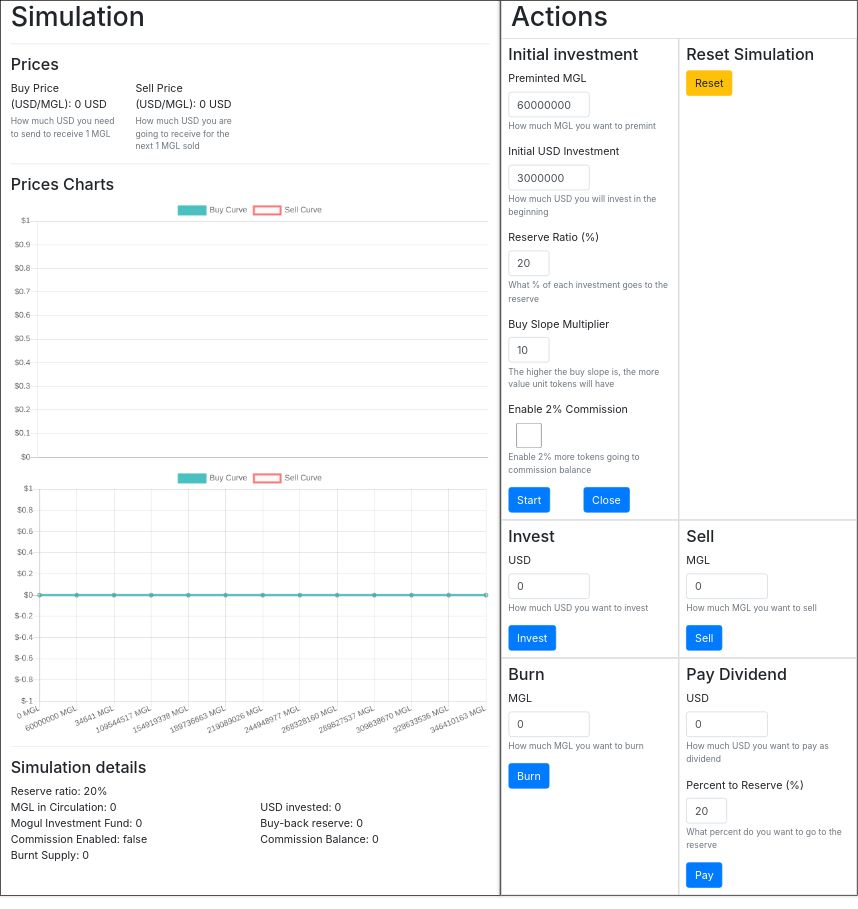
Repository: Fletch153/mogul-simulator
Page: /
The author's editor kept a copy of each file at every save. The page is drawn from the files as they stood at one save, then again after the next save.
The browser window is 1280 px wide. The pictures show the whole page, at 67% of full size.
The project was rebuilt for these pictures with package versions that can differ from the ones it lists, and the page was loaded fresh each time.

Above is the page before, as saved 2019-11-26 10:27:09.

### public/index.html
<!DOCTYPE html>
<html lang="en">

<head>
  <meta charset="utf-8">
  <meta http-equiv="X-UA-Compatible" content="IE=edge">
  <meta name="viewport" content="width=device-width,initial-scale=1.0">
  <link rel="icon" href="<%= BASE_URL %>favicon.ico">
  <title>Mogul Continuous Organisation</title>
</head>

<body>
  <noscript>
    <strong>We're sorry but curve-simulator doesn't work properly without JavaScript enabled. Please enable it to continue.</strong>
  </noscript>
  <div id="app"></div>
  <!-- built files will be auto injected -->
</body>

</html>

### src/main.ts
import Vue from 'vue';
import App from './App.vue';
import router from './router';
import store from './store';
import BootstrapVue from 'bootstrap-vue';

// include the default style
import 'bootstrap/dist/css/bootstrap.css';
import 'bootstrap-vue/dist/bootstrap-vue.css';

Vue.use(BootstrapVue);

Vue.config.productionTip = false;



new Vue({
  router,
  store,
  render: (h) => h(App),
}).$mount('#app');

### src/views/Home.vue
<template>
  <div class="home container-fluid">
    <div class="row justify-content-center">
      <div class="col">
        <Simulator />
      </div>
    </div>
  </div>
</template>

<script lang="ts">
import Vue from "vue";
import Simulator from "@/components/Simulator.vue"; // @ is an alias to /src

export default Vue.extend({
  name: "home",
  components: {
    Simulator
  }
});
</script>
<style scoped lang="less">
#center-logo {
  margin-left: 65px;
}
</style>

### src/components/CurveChart.vue
<script>
import Vue from "vue";
import { Line, mixins } from "vue-chartjs";
const { reactiveProp } = mixins;

export default Vue.extend({
  name: "CurveChart",
  extends: Line,
  mixins: [reactiveProp],
  props: ["options"],
  mounted() {
    this.renderChart(this.chartData, this.options);
  }
});
</script>

<style>
</style>

Loaded but not shown: src/App.vue (common file); src/router.ts (common file); src/store.ts (common file); src/components/Simulator.vue (755 lines, source omitted)

After the next save:
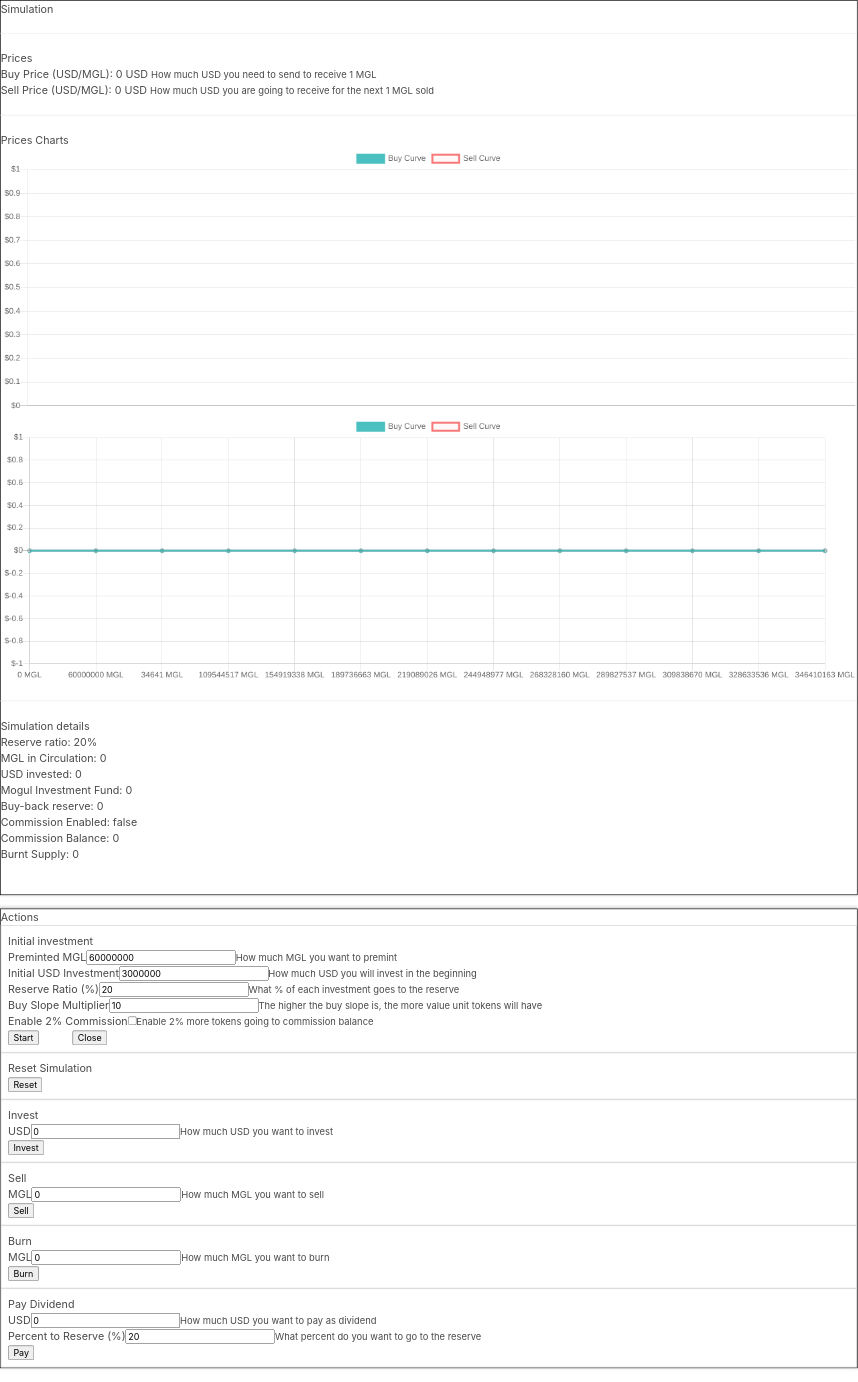
Saved 24 h 7 min later.
--- a/src/main.ts
+++ b/src/main.ts
@@ -2,13 +2,11 @@ import Vue from 'vue';
 import App from './App.vue';
 import router from './router';
 import store from './store';
-import BootstrapVue from 'bootstrap-vue';
 
-// include the default style
-import 'bootstrap/dist/css/bootstrap.css';
-import 'bootstrap-vue/dist/bootstrap-vue.css';
+import Buefy from "buefy";
+import "buefy/dist/buefy.css";
 
-Vue.use(BootstrapVue);
+Vue.use(Buefy);
 
 Vue.config.productionTip = false;
 
